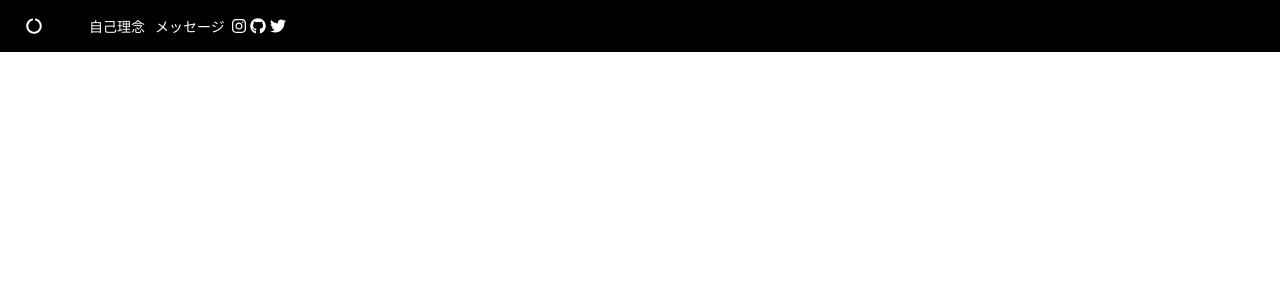
Repository: Rujuu-prog/react-mysite
Page: /selfintroduction
The author's editor kept a copy of each file at every save. The page is drawn from the files as they stood at one save, then again after a run of saves.
The browser window is 1280 px wide. The pictures show the whole page.
The project was rebuilt for these pictures with package versions that can differ from the ones it lists, and the page was loaded fresh each time. A package was used in the major version that the imports need, not the one package.json lists.

Above is the page before, as saved 2021-05-12 22:34:24.

### src/App.tsx
import React from 'react';
import { BrowserRouter, Link, Switch, Route } from "react-router-dom";
// import { Router } from "./router/Router";
import './App.css';
import { PrimaryButton } from './components/atoms/button/PrimaryButton';
import { Github } from './components/atoms/icon/Github';
import { Instagram } from './components/atoms/icon/Instagram';
import { Twitter } from './components/atoms/icon/Twitter';
import { IconList } from './components/molecules/IconList';
import { HeaderOnly } from './components/templates/HeaderOnly';



export default function App() {
  return (
    // <BrowserRouter>
      <div className="App" >
        <HeaderOnly/>
      </div>
    // </BrowserRouter>
  );
}

### src/components/templates/HeaderOnly.tsx
import React from "react";
import { Link } from "react-router-dom";
import styled from "styled-components";

import { Header } from "../atoms/layout/Header";
import { SecondaryButton } from "../atoms/button/SecondaryButton"
import { IconList } from "../molecules/IconList";
import { SiteIcon } from "../atoms/icon/SiteIcon";
import { NaviBar } from "../atoms/layout/NaviBar";

type Props = {
    children?: React.ReactNode;
};

export const HeaderOnly: React.FC<Props> = ({children}) => {
    return (
    <>
        <Header>
            <SiteIcon/>
            <NaviBar/>
        </Header>
        {children}
    </>
    );
};


// const SLink = styled(Link)`
//     margin: 0 8px;
// `;

### src/components/atoms/layout/Header.tsx
import React from "react";
import styled from "styled-components";

import { PrimaryButton } from '../button/PrimaryButton'

type Props = {
    children?: React.ReactNode;
}

export const Header: React.FC<Props> = ({children}) => {
    return (<SHeader>{children}</SHeader>);
};

const SHeader = styled.header`
    display: flex;
    align-items: center;
    height: 10%;
    background-color: black;
    color: #fff;
    padding: 16px 24px;
`;

### src/components/atoms/icon/SiteIcon.tsx
import { faCircleNotch } from "@fortawesome/free-solid-svg-icons";
import { FontAwesomeIcon } from "@fortawesome/react-fontawesome"

const IconStyle = {
    padding:"2",
    fontsize:"50"
}

export const SiteIcon:React.FC = () => {
    return(<FontAwesomeIcon style={IconStyle} icon={faCircleNotch}></FontAwesomeIcon>);
}

### src/components/atoms/layout/NaviBar.tsx
import React from "react";
import { Link } from "react-router-dom";
import styled from "styled-components";

import { SecondaryButton } from "../button/SecondaryButton"
import { IconList } from "../../molecules/IconList";

type Props = {
    children?: React.ReactNode;
};

export const NaviBar: React.FC<Props> = ({children}) => {
    return (
    <>
        <SNavi>
            <li><SecondaryButton>自己理念</SecondaryButton></li>
            <li><SecondaryButton>メッセージ</SecondaryButton></li>
            <li><IconList/></li>
        </SNavi>
        {children}
    </>
    );
};


const SNavi = styled.ul`
    display: flex;
    // justify-content: space-between;
    align-items: center;
    width: 90%;
    margin: 0;
    background-color: black;
    list-style: none;
    color: #fff;
    text-align: center;
`;

const Slist = styled.li`
    margin-right: auto;
`;

### src/components/atoms/button/SecondaryButton.tsx
import styled from "styled-components";

export const SecondaryButton = (props:any) => {
    const { children } = props;
    return <SButton>{children}</SButton>;
};

const SButton = styled.a`
    color: #fff;
    width: 10%;
    font-size: 14px;
    padding: 5px;
`;

### src/components/molecules/IconList.tsx
import React from "react";
import styled from "styled-components";
import { Github } from "../atoms/icon/Github";
import { Instagram } from "../atoms/icon/Instagram";
import { Twitter } from "../atoms/icon/Twitter";

export const IconList:React.FC = () => {
    return(
        <SIconContainer>
            <Instagram/>
            <Github/>
            <Twitter/>
        </SIconContainer>
    );
};

const SIconContainer = styled.div`
    display: flex;
    align-items: center;
`;

### src/components/atoms/icon/Github.tsx
import { faGithub } from "@fortawesome/free-brands-svg-icons";
import { FontAwesomeIcon } from "@fortawesome/react-fontawesome"

const IconStyle = {
    padding:"2",
    fontsize:"50"
}

export const Github:React.FC = () => {
    return(<FontAwesomeIcon style={IconStyle} icon={faGithub}></FontAwesomeIcon>);
}

### src/components/atoms/icon/Instagram.tsx
import { faInstagram } from "@fortawesome/free-brands-svg-icons";
import { FontAwesomeIcon } from "@fortawesome/react-fontawesome"

const IconStyle = {
    padding:"2",
    fontsize:"50"
}

export const Instagram:React.FC = () => {
    return(<FontAwesomeIcon style={IconStyle} icon={faInstagram}></FontAwesomeIcon>);
}

### src/components/atoms/icon/Twitter.tsx
import { faInstagram, faTwitter } from "@fortawesome/free-brands-svg-icons";
import { FontAwesomeIcon } from "@fortawesome/react-fontawesome"

const IconStyle = {
    padding:"2",
    fontsize:"50"
}

export const Twitter:React.FC = () => {
    return(<FontAwesomeIcon style={IconStyle} icon={faTwitter}></FontAwesomeIcon>);
}

Loaded but not shown: public/index.html (common file); src/index.tsx (common file); src/index.css (common file); src/reportWebVitals.ts (common file); src/App.css (common file)

After the next 2 saves:
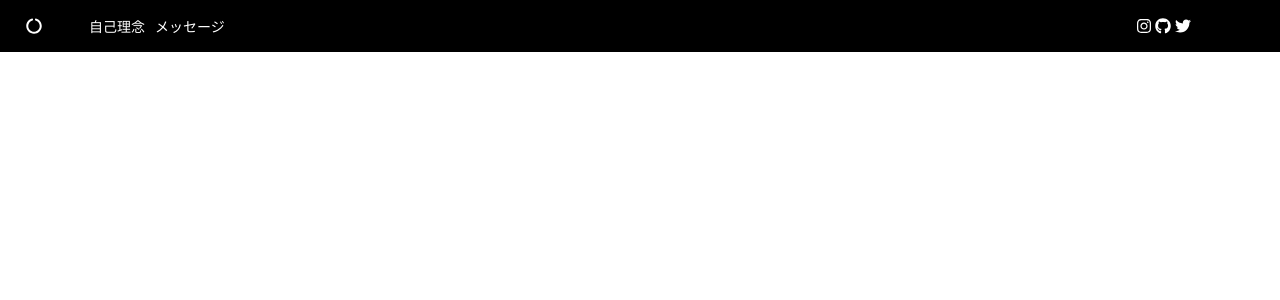
The 2 saves are shown as one change because 1 did not build or start.
The last was saved 23 s later.
--- a/src/components/atoms/layout/NaviBar.tsx
+++ b/src/components/atoms/layout/NaviBar.tsx
@@ -14,7 +14,7 @@ export const NaviBar: React.FC<Props> = ({children}) => {
     <>
         <SNavi>
             <li><SecondaryButton>自己理念</SecondaryButton></li>
-            <li><SecondaryButton>メッセージ</SecondaryButton></li>
+            <Slist><SecondaryButton>メッセージ</SecondaryButton></Slist>
             <li><IconList/></li>
         </SNavi>
         {children}
